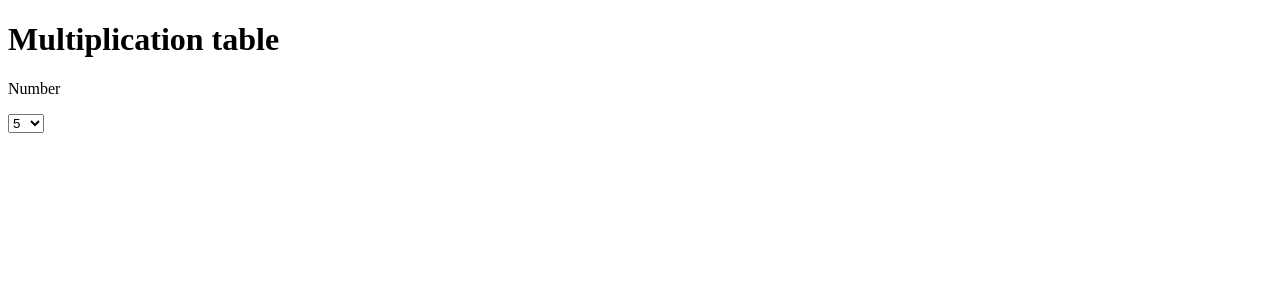
Repository: hoa-nguyen-bk/Module_3
Page: http://localhost/Bai3_JSP/btvn_3_3_multiplication_table.jsp
These files come from the project's save history. The page is drawn as it stood at one moment and after a run of saves; the edit follows.
The browser window is 1280 px wide. The pictures show the whole page.
The page is served by Tomcat 9. Other server files are loaded and not shown.

Above is the page before, as saved 2024-08-06 12:30:41.

### Bai3_JSP/src/main/webapp/btvn_3_3_multiplication_table.jsp
<%@ page language="java" contentType="text/html; charset=UTF-8"
    pageEncoding="UTF-8"%>
<!DOCTYPE html>
<html>
<head>
<meta charset="UTF-8">
<title>Multiplication table</title>
<!-- sử dụng jstl với el -->
</head>
<body>
<h1>Multiplication table</h1>
<form method="post" >
	<p>Number </p>
	<select name="number">
		<option value="5">5</option>
		<option value="7">7</option>
		<option value="9">9</option>
		<option value="11">11</option>
	</select>

</form>

</body>
</html>

After the next 2 saves:
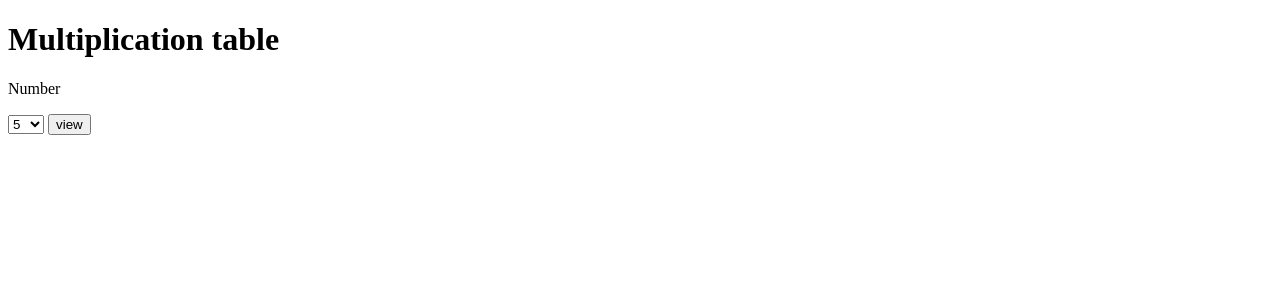
The 2 saves are shown as one change because they came seconds apart.
The last was saved 33 s later.
--- a/Bai3_JSP/src/main/webapp/btvn_3_3_multiplication_table.jsp
+++ b/Bai3_JSP/src/main/webapp/btvn_3_3_multiplication_table.jsp
@@ -17,7 +17,7 @@
 		<option value="9">9</option>
 		<option value="11">11</option>
 	</select>
-
+	<input type="submit" value="view" />
 </form>
 
 </body>
